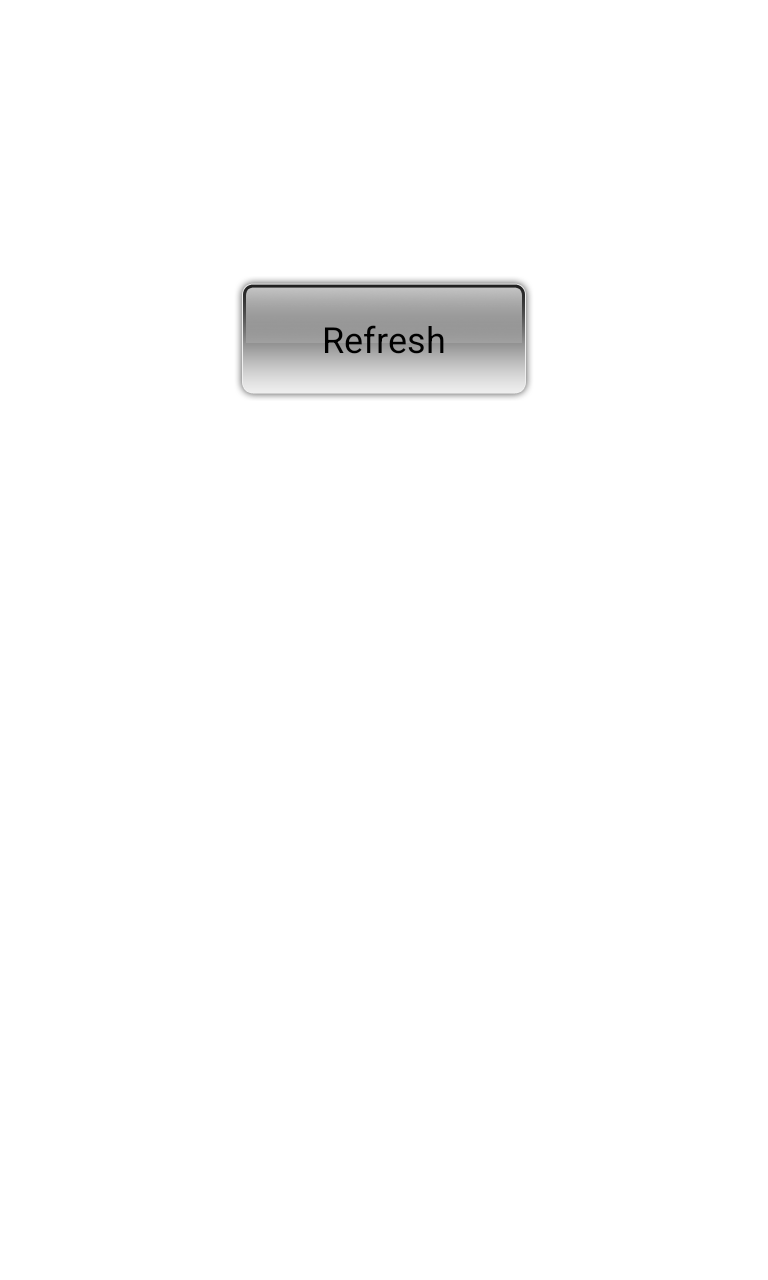
Repository: efreestone/MDF3_Freestone
Layout: ConvertIt/res/layout/activity_main.xml
An editor plug-in stored every save of this project. The layout is shown before and after the next save, followed by the edit.
It is drawn on a 768 x 1280 px phone screen (xhdpi) without system bars, with theme AppTheme; the app's code is not run.

Above is the layout before, as saved 2014-07-10 23:44:57.

After the next save:
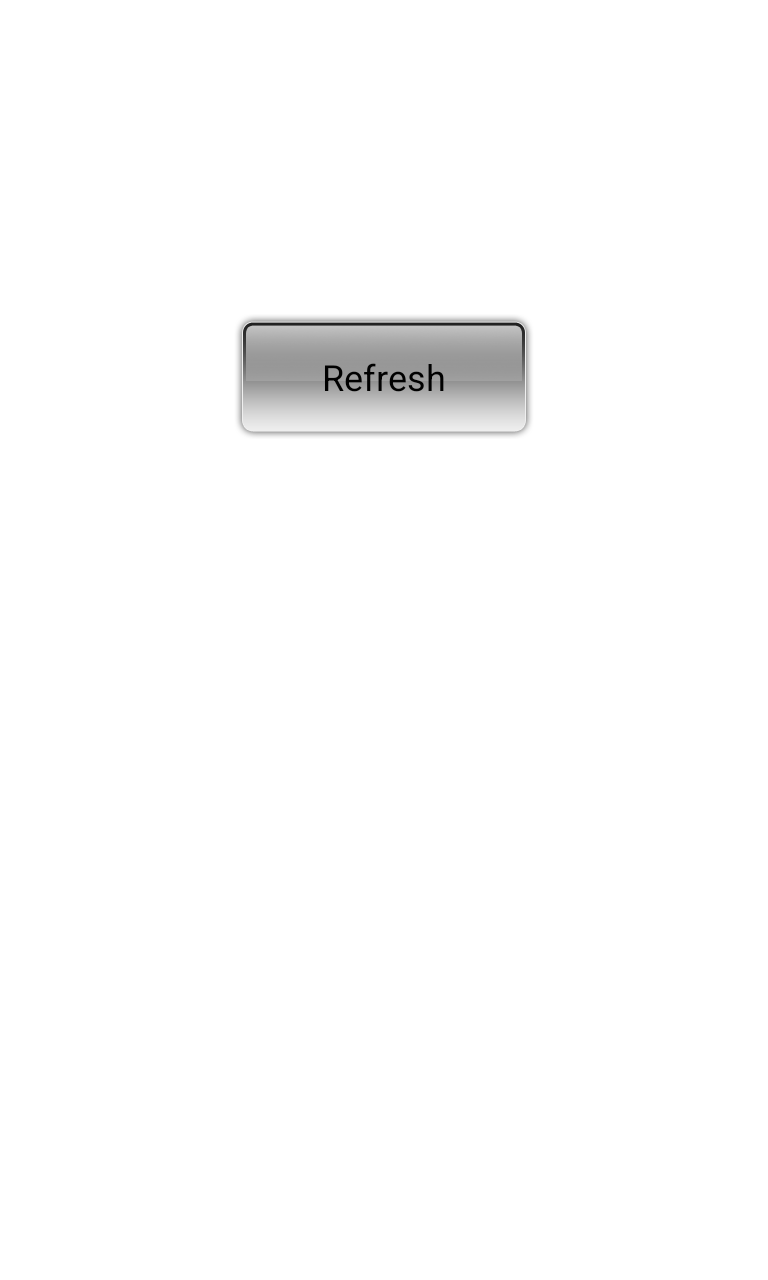
Saved 15 s later.
--- a/ConvertIt/res/layout/activity_main.xml
+++ b/ConvertIt/res/layout/activity_main.xml
@@ -48,6 +48,12 @@
         android:layout_height="wrap_content"
         android:gravity="center" />
 
+    <TextView
+        android:id="@+id/cnyTV"
+        android:layout_width="match_parent"
+        android:layout_height="wrap_content"
+        android:gravity="center" />
+
     <Button
         android:id="@+id/refreshButton"
         android:layout_width="wrap_content"
